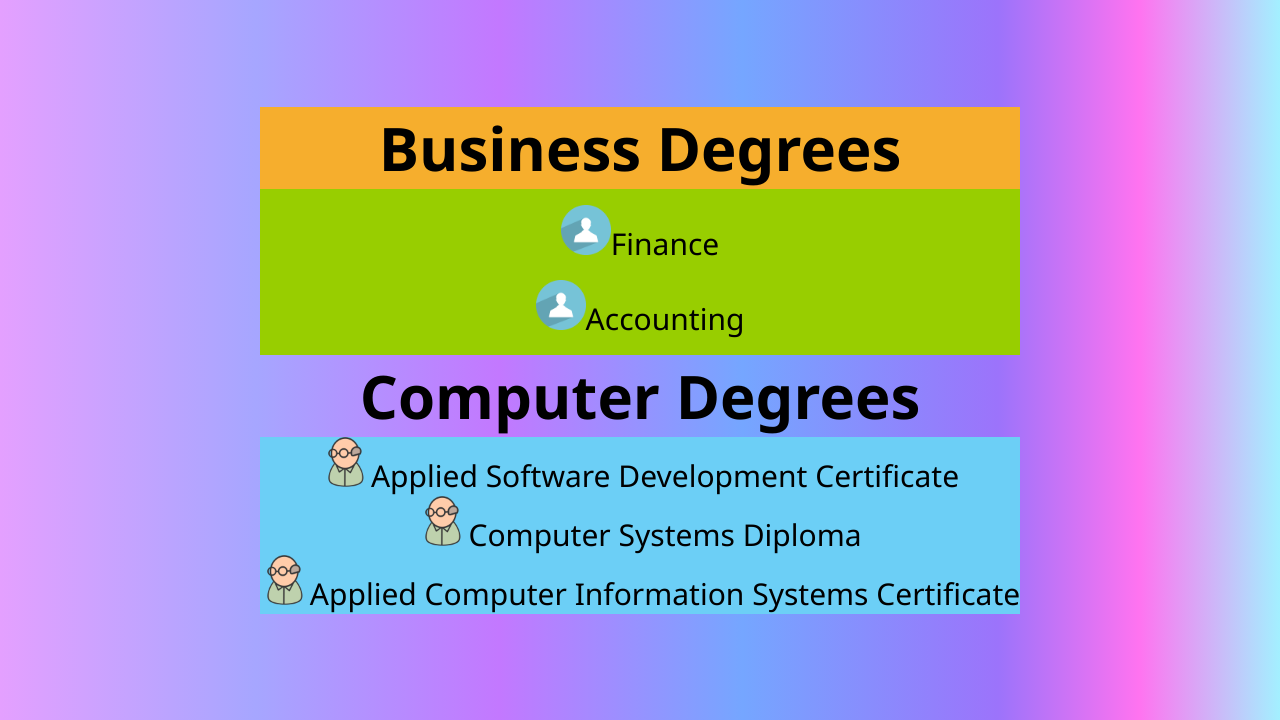
Repository: NeemaToto/mdia2109week3
Page: /
An editor plug-in stored every save of this project. The page is shown before and after the next save, followed by the edit.
The browser window is 1280 px wide. The pictures show the whole page.
The project was rebuilt for these pictures with package versions that can differ from the ones it lists, and the page was loaded fresh each time. The framework's server and built-in components were replaced by stand-ins that run in the browser. Also part of the build but not shown: next.config.js.

Above is the page before, as saved 2023-01-19 14:39:30.

After the next save:
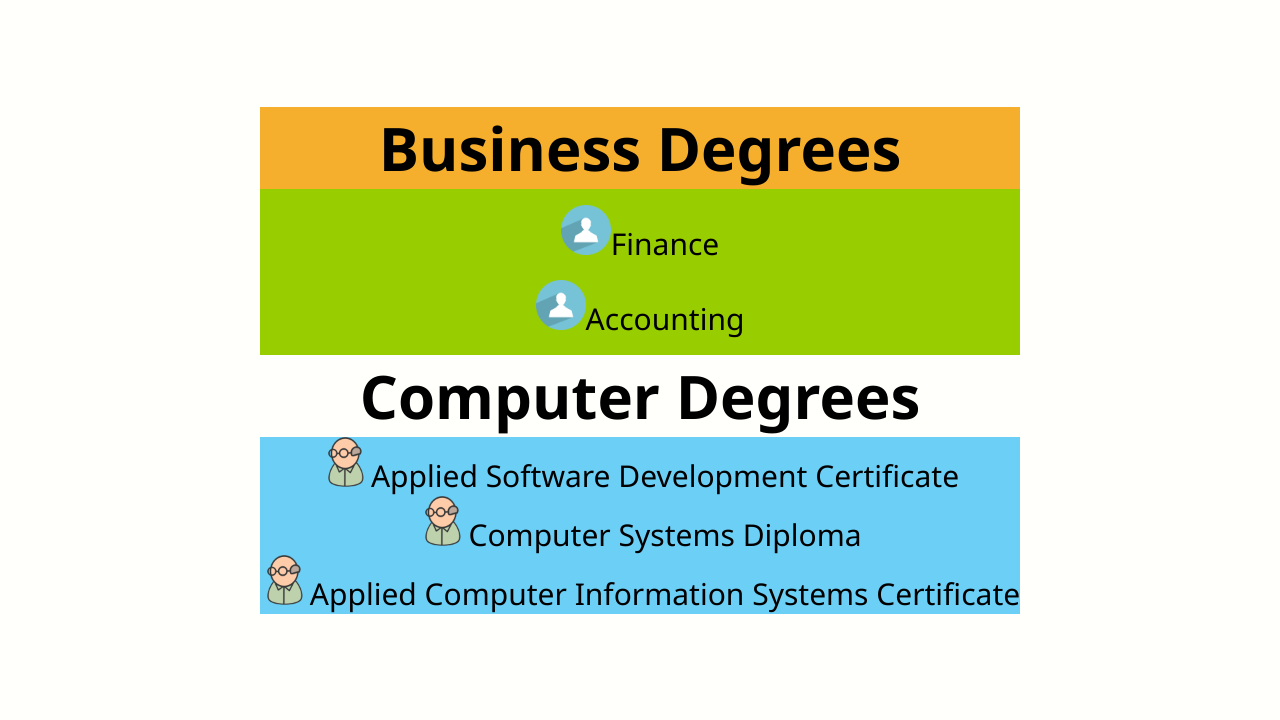
Saved 4 s later.
--- a/styles/Home.module.css
+++ b/styles/Home.module.css
@@ -5,8 +5,7 @@
   align-items: center;
   padding: 6rem;
   min-height: 100vh;
-  background: rgb(228,160,255);
-background: linear-gradient(90deg, rgba(228,160,255,1) 0%, rgba(166,166,255,1) 20%, rgba(195,120,255,1) 39%, rgba(117,166,255,1) 58%, rgba(156,115,251,1) 78%, rgba(255,115,240,1) 89%, rgba(163,240,255,1) 100%);
+  background-color: #FFFFFC;
 }
 
 .description {

After the save that followed:
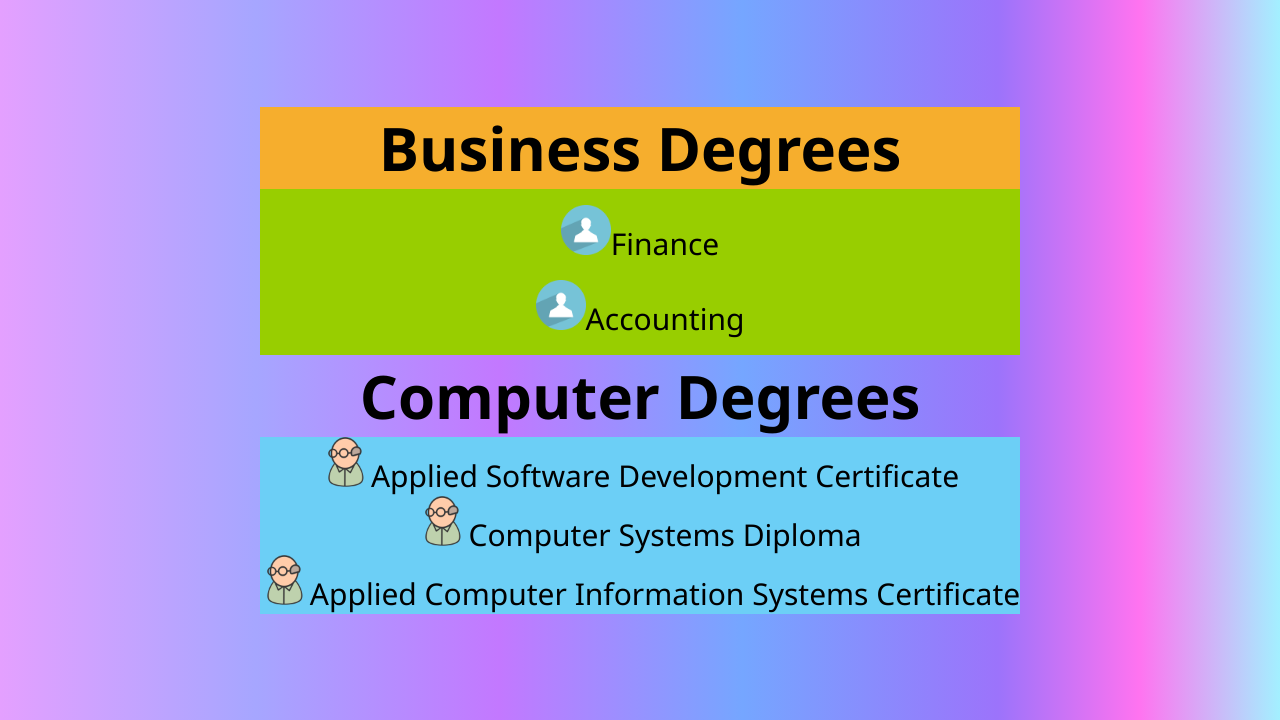
Saved 6 s later.
--- a/styles/Home.module.css
+++ b/styles/Home.module.css
@@ -5,7 +5,8 @@
   align-items: center;
   padding: 6rem;
   min-height: 100vh;
-  background-color: #FFFFFC;
+  background: rgb(228,160,255);
+background: linear-gradient(90deg, rgba(228,160,255,1) 0%, rgba(166,166,255,1) 20%, rgba(195,120,255,1) 39%, rgba(117,166,255,1) 58%, rgba(156,115,251,1) 78%, rgba(255,115,240,1) 89%, rgba(163,240,255,1) 100%);
 }
 
 .description {
